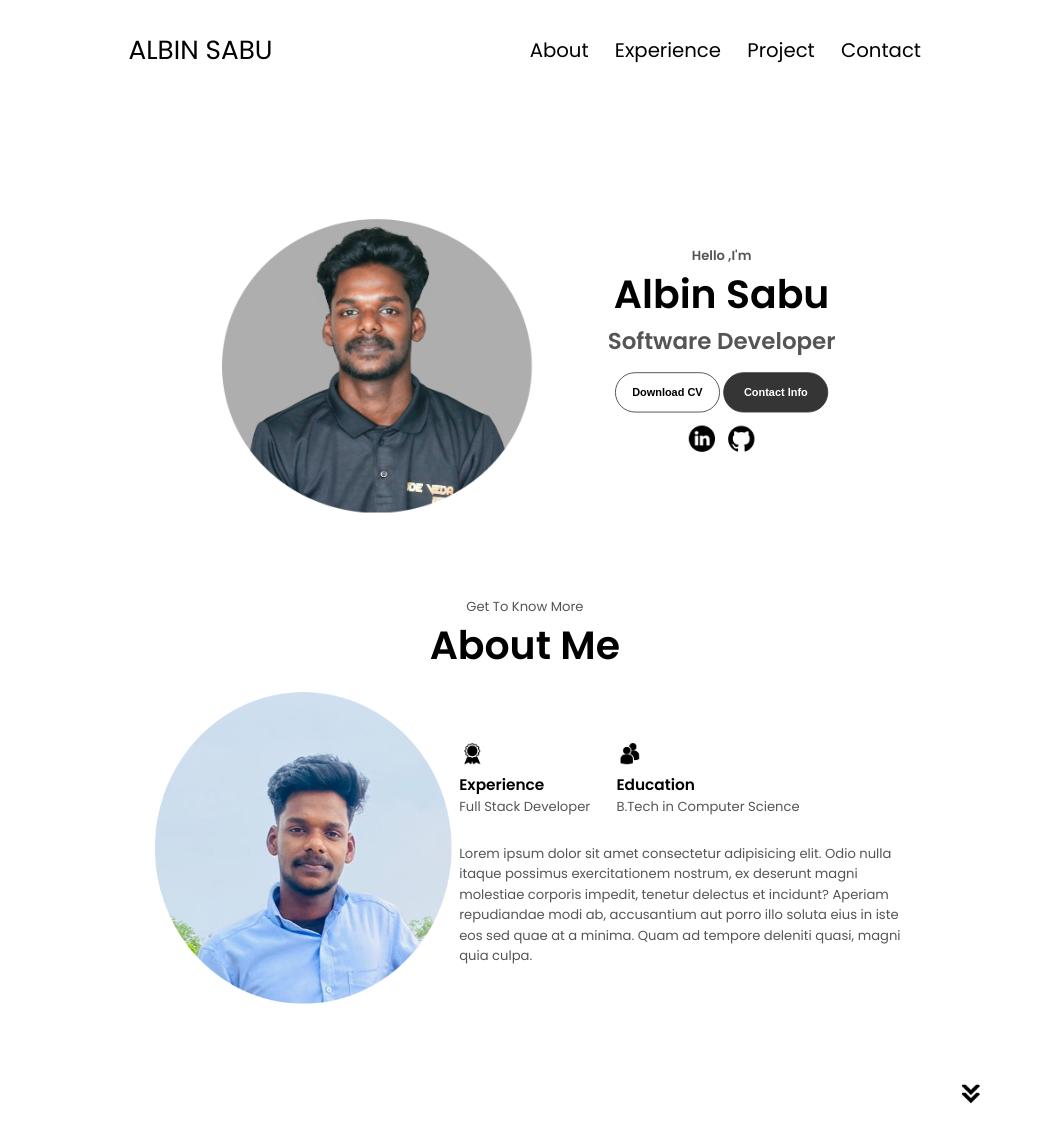
Repository: albinsabu2023/albinsabu
Page: index.html
An editor plug-in stored every save of this project. The page is shown before and after the next save, followed by the edit.
The browser window is 1280 px wide. The pictures show the whole page, at 82% of full size.

Above is the page before, as saved 2023-08-30 12:19:11.

After the next save:
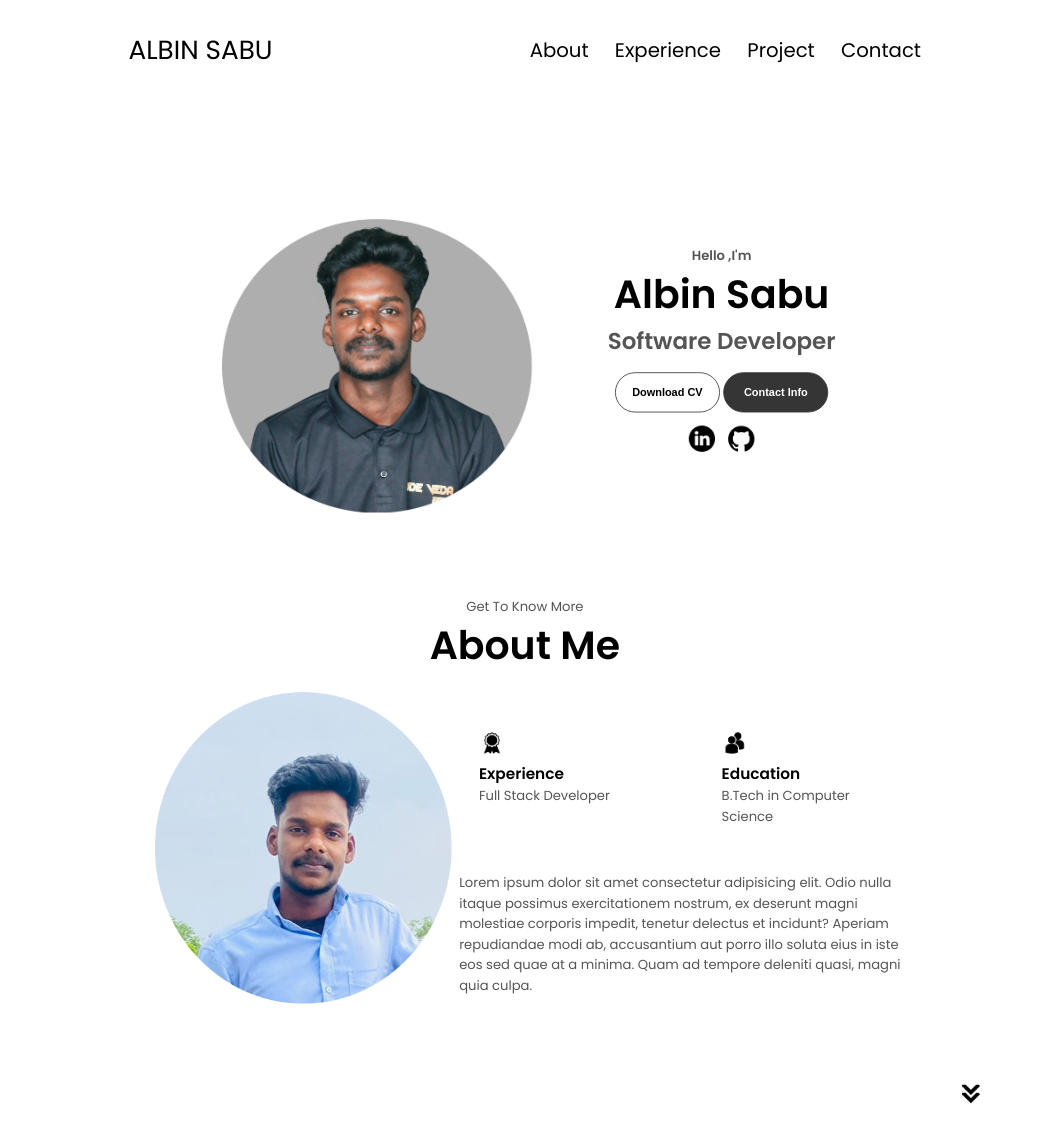
Saved 64 s later.
--- a/style.css
+++ b/style.css
@@ -262,5 +262,12 @@ section{
 }
 
 .details-container{
-    padding: ;
-}
+    padding:1.5rem ;
+    flex: 1;
+    background: white;
+    border-radius: 2rem;
+    border: rgb(53,53,53) o.1rem solid;
+    border-color: rgb(163,163,163);
+
+
+}
